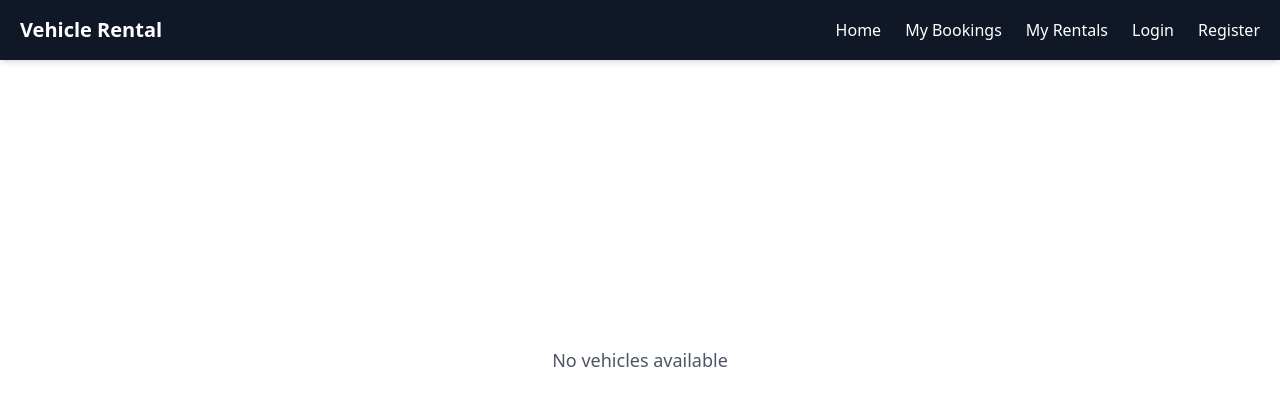
Repository: Sugan-g/vehicle-rental-system
Page: / (app in frontend/)
The author's editor kept a copy of each file at every save. The page is drawn from the files as they stood at one save, then again after a run of saves.
The browser window is 1280 px wide. The pictures show the whole page.
The page's requests for data from a server got no answer. The project was rebuilt for these pictures with package versions that can differ from the ones it lists, and the page was loaded fresh each time. No one was signed in, and anything a server would have sent is missing. Also part of the build but not shown: frontend/vite.config.js, frontend/src/components/VehicleCard.jsx, frontend/src/components/BookingForm.jsx, frontend/src/components/ReviewForm.jsx, frontend/src/pages/VehiclePage.jsx, frontend/src/pages/LoginPage.jsx, frontend/src/pages/RegisterPage.jsx, frontend/src/pages/RentalHistoryPage.jsx and 5 more.

Above is the page before, as saved 2025-11-03 11:05:30.

### frontend/index.html
<!doctype html>
<html lang="en">
  <head>
    <meta charset="UTF-8" />
    <link rel="icon" type="image/svg+xml" href="/vite.svg" />
    <meta name="viewport" content="width=device-width, initial-scale=1.0" />
    <title>Vehicle Rental System</title>
        <link rel="stylesheet" href="/src/index.css" />

  </head>
  <body>
    <div id="root"></div>
    <script type="module" src="/src/main.jsx"></script>
  </body>
</html>

### frontend/src/main.jsx
import React from "react";
import ReactDOM from "react-dom/client";
import App from "./App.jsx";
import "./index.css";

ReactDOM.createRoot(document.getElementById("root")).render(
    <React.StrictMode>
        <App />
    </React.StrictMode>
);

### frontend/src/App.jsx
import { BrowserRouter as Router, Routes, Route } from "react-router-dom";
import Navbar from "./components/Navbar.jsx";
import HomePage from "./pages/HomePage.jsx";
import VehiclePage from "./pages/VehiclePage.jsx";
import LoginPage from "./pages/LoginPage.jsx";
import RegisterPage from "./pages/RegisterPage.jsx";
import RentalHistoryPage from "./pages/RentalHistoryPage.jsx";
import AdminPage from "./pages/AdminPage.jsx";
import BookingPage from "./pages/BookingPage.jsx";
import MyBookings from "./pages/MyBookings.jsx";
import EditBooking from "./pages/EditBooking.jsx";

function App() {
    return (
        <Router>
            <Navbar />
            <Routes>
                <Route path="/" element={<HomePage />} />
                <Route path="/vehicle/:id" element={<VehiclePage />} />
                <Route path="/login" element={<LoginPage />} />
                <Route path="/register" element={<RegisterPage />} />
                <Route path="/rental-history" element={<RentalHistoryPage />} />
                <Route path="/admin" element={<AdminPage />} />
                <Route path="/book/:vehicleId" element={<BookingPage />} />
                <Route path="/my-bookings" element={<MyBookings />} />
                <Route path="/edit-booking/:id" element={<EditBooking />} />

            </Routes>
        </Router>
    );
}

export default App;

### frontend/src/components/Navbar.jsx
import { Link, useNavigate } from "react-router-dom";
import { useState, useEffect } from "react";
import { FiMenu, FiX } from "react-icons/fi";

export default function Navbar() {
  const navigate = useNavigate();
  const [isLoggedIn, setIsLoggedIn] = useState(false);
  const [menuOpen, setMenuOpen] = useState(false);
  const [role, setRole] = useState(null);

  useEffect(() => {
    const token = localStorage.getItem("token");
    const userRole = localStorage.getItem("role");

    setIsLoggedIn(!!token);
    setRole(userRole);
  }, []);

  const handleLogout = () => {
    localStorage.removeItem("token");
    localStorage.removeItem("role");
    setIsLoggedIn(false);
    setRole(null);
    navigate("/login");
  };

  return (
    <nav className="bg-gray-900 text-white px-5 py-4 shadow-md fixed top-0 left-0 w-full z-50">
      <div className="flex justify-between items-center">
        <Link to="/" className="text-xl font-bold">
          Vehicle Rental
        </Link>

        {/* Mobile Menu Toggle */}
        <button
          className="md:hidden text-2xl"
          onClick={() => setMenuOpen(!menuOpen)}
        >
          {menuOpen ? <FiX /> : <FiMenu />}
        </button>

        {/* Desktop Menu */}
        <div className="hidden md:flex space-x-6 items-center">
          <Link to="/">Home</Link>



         <Link to="/my-bookings">My Bookings</Link>
         <Link to="/rental-history">My Rentals</Link>

          {isLoggedIn ? (
            <button onClick={handleLogout} className="hover:text-red-400">
              Logout
            </button>
          ) : (
            <>
              <Link to="/login">Login</Link>
              <Link to="/register">Register</Link>
            </>
          )}

        </div>
      </div>

      {/* ✅ Mobile Dropdown Menu */}
      <div
        className={`md:hidden transition-all duration-300 overflow-hidden ${
          menuOpen ? "max-h-60 mt-3" : "max-h-0"
        }`}
      >
        <div className="bg-gray-800 p-5 rounded-lg flex flex-col space-y-4 text-center">
          <Link to="/" onClick={() => setMenuOpen(false)}>
            Home
          </Link>

          {isLoggedIn && role === "admin" && (
            <Link
              to="/admin/dashboard"
              onClick={() => setMenuOpen(false)}
              className="font-semibold text-yellow-400"
            >
              Admin Dashboard
            </Link>
          )}

          {isLoggedIn ? (
            <>
              <Link
                to="/rental-history"
                onClick={() => setMenuOpen(false)}
              >
                My Rentals
              </Link>
              <button
                onClick={() => {
                  handleLogout();
                  setMenuOpen(false);
                }}
                className="text-red-400 font-semibold"
              >
                Logout
              </button>
            </>
          ) : (
            <>
              <Link to="/login" onClick={() => setMenuOpen(false)}>
                Login
              </Link>
              <Link to="/register" onClick={() => setMenuOpen(false)}>
                Register
              </Link>
            </>
          )}
        </div>
      </div>
    </nav>
  );
}

### frontend/src/pages/HomePage.jsx
import { useEffect, useState } from "react";
import API from "../api/api.js";
import VehicleCard from "../components/VehicleCard.jsx";

export default function HomePage() {
    const [vehicles, setVehicles] = useState([]);
    const [loading, setLoading] = useState(true);

    useEffect(() => {
        const fetchVehicles = async () => {
            try {
                const res = await API.get("/vehicles");
                setVehicles(res.data);
            } catch (error) {
                console.error("Error fetching vehicles:", error);
            } finally {
                setLoading(false);
            }
        };
        fetchVehicles();
    }, []);

    if (loading) {
        return (
            <div className="flex justify-center items-center min-h-screen">
                <p className="text-lg font-medium text-gray-600">Loading vehicles...</p>
            </div>
        );
    }

    if (!vehicles.length) {
        return (
            <div className="flex justify-center items-center min-h-screen">
                <p className="text-lg font-medium text-gray-600">No vehicles available</p>
            </div>
        );
    }

    return (
        <div className="max-w-7xl mx-auto px-4 sm:px-6 lg:px-8 py-8">
            <h1 className="text-2xl font-bold mb-6 text-center md:text-left">
                Available Vehicles
            </h1>

            <div className="
                grid gap-6
                grid-cols-1
                sm:grid-cols-2
                lg:grid-cols-3
                xl:grid-cols-4
            ">
                {vehicles.map(vehicle => (
                    <VehicleCard key={vehicle._id} vehicle={vehicle} />
                ))}
            </div>
        </div>
    );
}

### frontend/src/api/api.js
import axios from "axios";

const API = axios.create({
    baseURL: "http://localhost:5000/api"
});

// Add token automatically
API.interceptors.request.use((req) => {
    const token = localStorage.getItem("token");
    if (token) req.headers.Authorization = `Bearer ${token}`;
    return req;
});

export default API;

Loaded but not shown: frontend/src/index.css (common file)

After the next 5 saves:
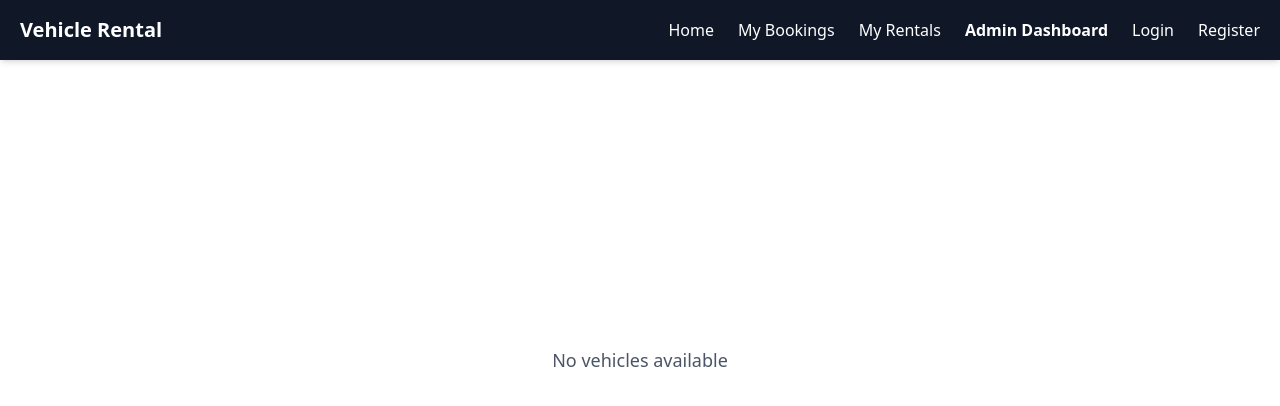
The 5 saves are shown as one change because they came seconds apart.
The last was saved 14 s later.
--- a/frontend/src/components/Navbar.jsx
+++ b/frontend/src/components/Navbar.jsx
@@ -42,11 +42,11 @@ export default function Navbar() {
         {/* Desktop Menu */}
         <div className="hidden md:flex space-x-6 items-center">
           <Link to="/">Home</Link>
-
-
-
-         <Link to="/my-bookings">My Bookings</Link>
-         <Link to="/rental-history">My Rentals</Link>
+          <Link to="/my-bookings">My Bookings</Link>
+          <Link to="/rental-history">My Rentals</Link>
+          <Link to="/admin" className="font-semibold">
+              Admin Dashboard
+            </Link>
 
           {isLoggedIn ? (
             <button onClick={handleLogout} className="hover:text-red-400">
